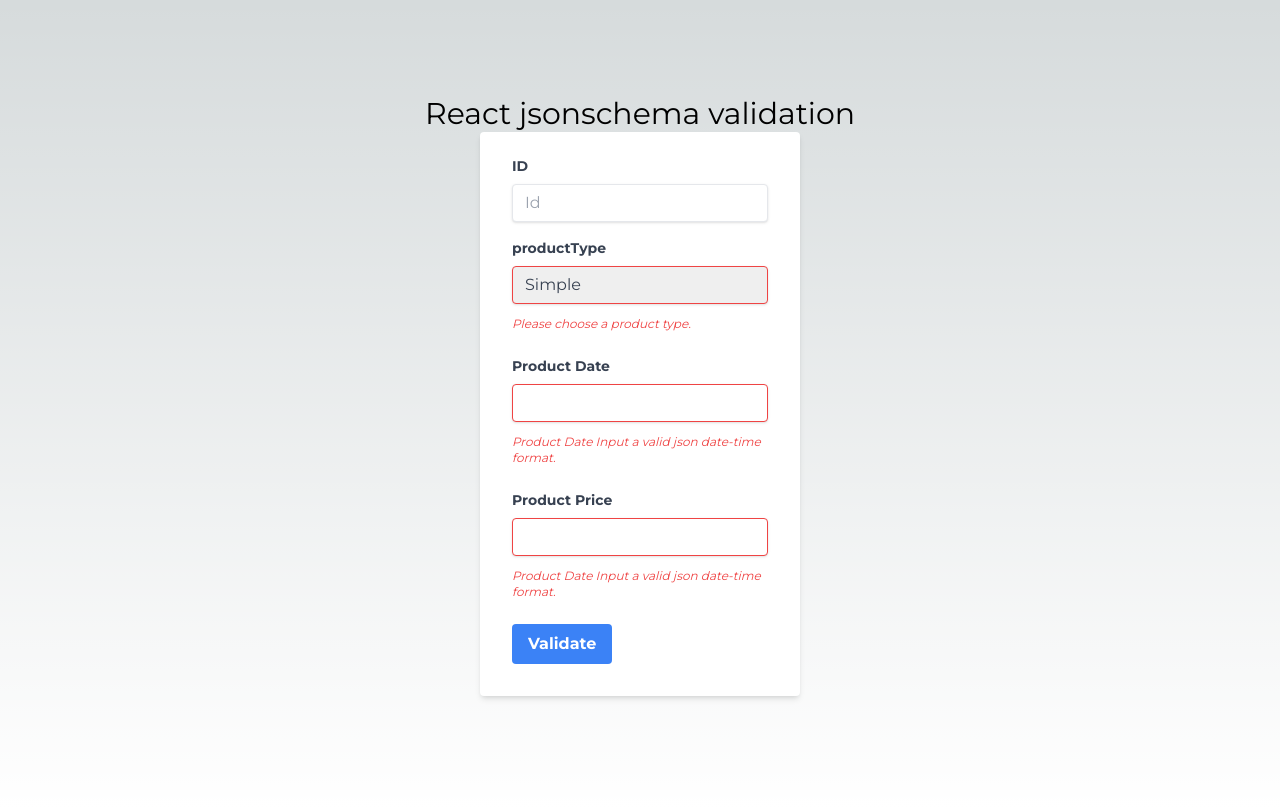
Repository: rajsenthil/react-jsonschema-validation
Page: /
The author's editor kept a copy of each file at every save. The page is drawn from the files as they stood at one save, then again after the next save.
The browser window is 1280 px wide. The pictures show the whole page.
The page's requests for data from a server got no answer. The project was rebuilt for these pictures with package versions that can differ from the ones it lists, and the page was loaded fresh each time. The framework's server and built-in components were replaced by stand-ins that run in the browser. No one was signed in, and anything a server would have sent is missing. Also part of the build but not shown: next.config.js.

Above is the page before, as saved 2023-09-13 10:49:11.

After the next save:
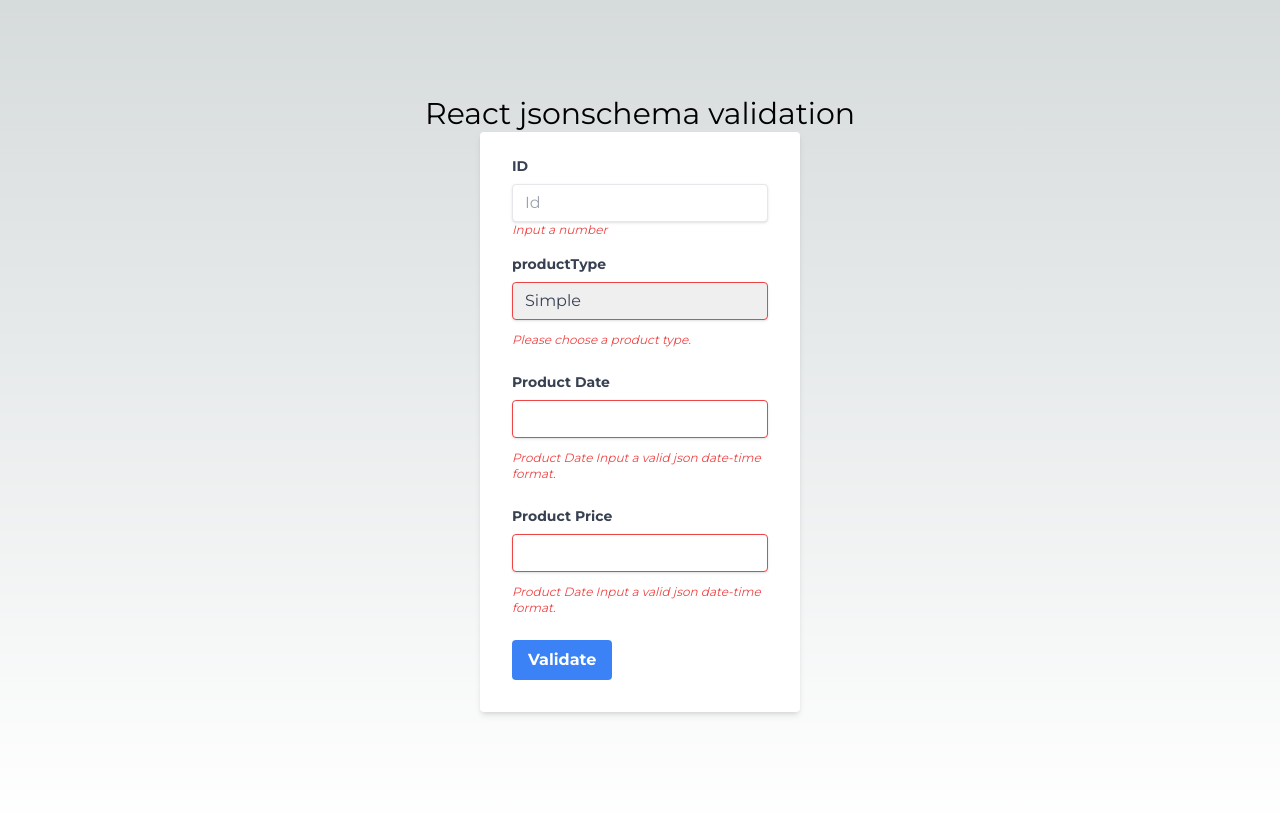
Saved 37 s later.
--- a/pages/index.tsx
+++ b/pages/index.tsx
@@ -79,6 +79,9 @@ export default function Home() {
               type='text'
               placeholder='Id'
             />
+            <p className='text-red-500 text-xs italic'>
+              Input a number
+            </p>
           </div>
           <div className='mb-6'>
             <label className='block text-gray-700 text-sm font-bold mb-2'>
@@ -88,12 +91,12 @@ export default function Home() {
               className='shadow appearance-none border border-red-500 rounded w-full py-2 px-3 text-gray-700 mb-3 leading-tight focus:outline-none focus:shadow-outline'
               id='productType'
             >
-                <option value="Simple">Simple</option>
-                <option value="Configurable">Configurable</option>
-                <option value="Grouped">Grouped</option>
-                <option value="Virtual">Virtual</option>
-                <option value="Bundle">Bundle</option>
-              </select>
+              <option value='Simple'>Simple</option>
+              <option value='Configurable'>Configurable</option>
+              <option value='Grouped'>Grouped</option>
+              <option value='Virtual'>Virtual</option>
+              <option value='Bundle'>Bundle</option>
+            </select>
             <p className='text-red-500 text-xs italic'>
               Please choose a product type.
             </p>
